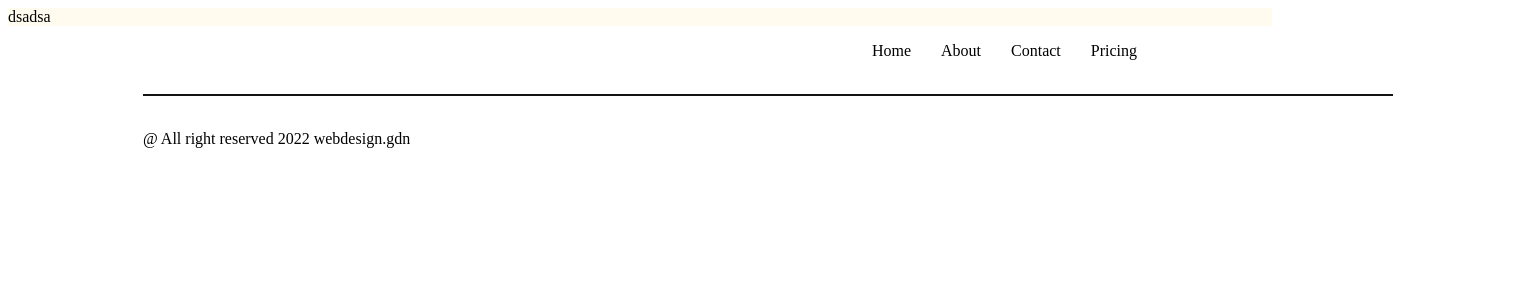
Repository: ngocphuocha/4lifeteam-marketing-agency
Page: index.html
These files come from the project's save history. The page is drawn as it stood at one moment and after the next save; the edit follows.
The browser window is 1280 px wide. The page is 1393 px wide, then 1518 px, then 1393 px, so the pictures cover 1518 px, including what lies to the right of the window. The pictures show the whole page.

Above is the page before, as saved 2023-03-13 15:04:28.

After the next save:
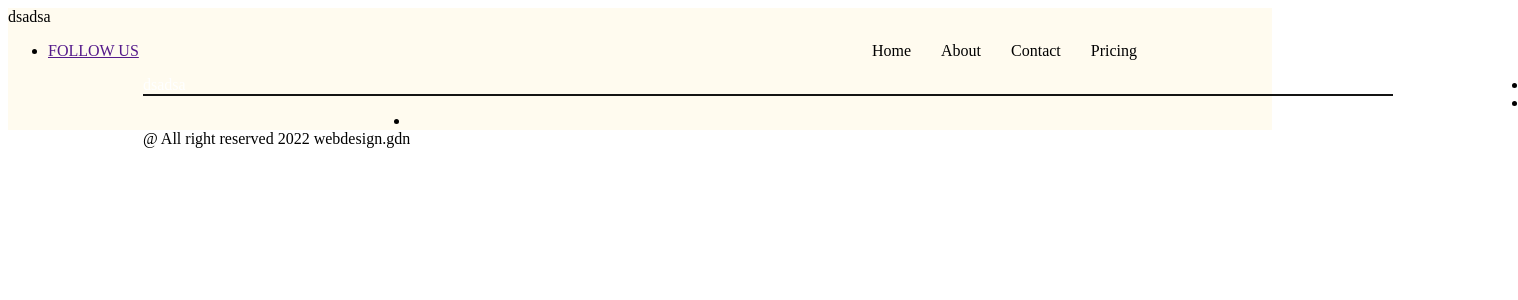
Saved 93 s later.
--- a/index.html
+++ b/index.html
@@ -42,5 +42,21 @@
           <div class="footer-text">
             <a>@ All right reserved 2022 webdesign.gdn</a>
           </div>
+          <div>
+            <ul>
+              <li>
+                <a href="">FOLLOW US</a>
+              </li>
+              <li>
+                <a href=""></a>
+              </li>
+              <li>
+                <a href=""></a>
+              </li>
+              <li>
+                <a href=""></a>
+              </li>
+            </ul>
+          </div>
     </div>
 </html>

After the 2 saves that followed:
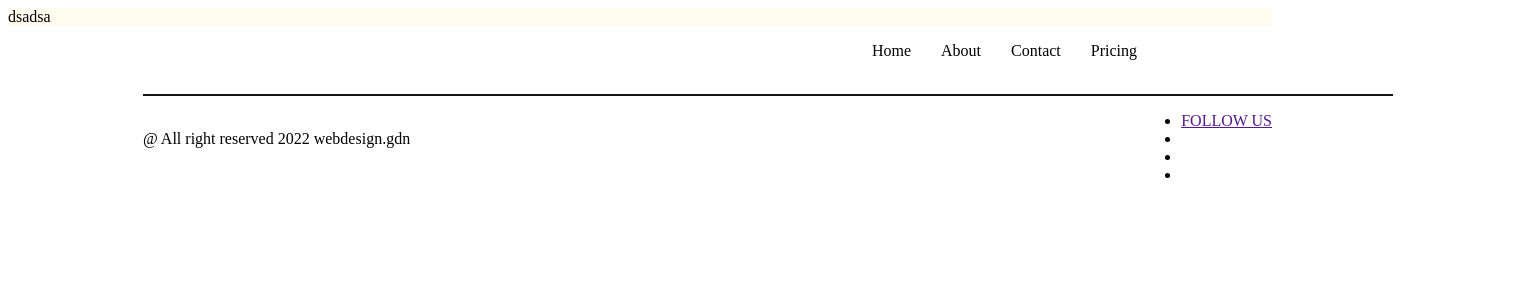
The 2 saves are shown as one change because 1 left the picture as it was.
The last was saved 34 s later.
--- a/index.html
+++ b/index.html
@@ -42,7 +42,7 @@
           <div class="footer-text">
             <a>@ All right reserved 2022 webdesign.gdn</a>
           </div>
-          <div>
+          <div class="footer-icons">
             <ul>
               <li>
                 <a href="">FOLLOW US</a>
--- a/css/footer-service.css
+++ b/css/footer-service.css
@@ -37,3 +37,7 @@
  }
  .background-footer .footer-text a{
  }
+
+ .background-footer .footer-icons{
+    float: right;
+ }
